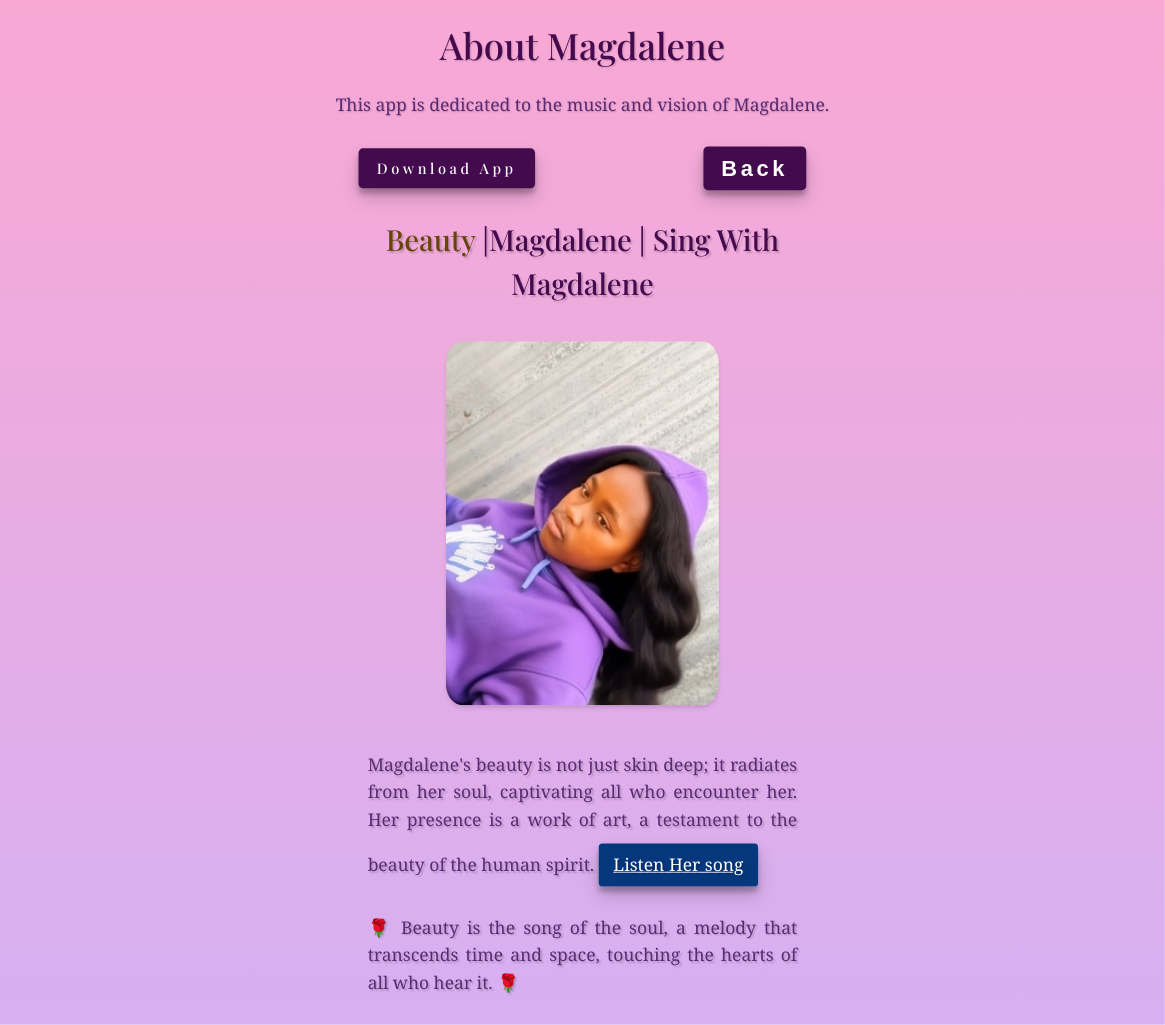
Repository: VladimirGagarin/Meg
Page: /#/about/aboutPerson/Beauty
These files come from the project's save history. The page is drawn as it stood at one moment and after the next save; the edit follows.
The browser window is 1280 px wide. The pictures show the whole page, at 91% of full size.
The project was rebuilt for these pictures with package versions that can differ from the ones it lists, and the page was loaded fresh each time. Also part of the build but not shown: vite.config.js, src/App.jsx, src/components/SongCard.css, src/components/SongCard.jsx, src/pages/HomeScreen.css, src/pages/HomeScreen.jsx, src/components/Controls.jsx, src/pages/SongScreen.css and 7 more. Imported but missing from the stored project, and not drawn on this page: src/assets/audios/Ember2.mp3, src/assets/audios/Empress.mp3, src/assets/audios/Fiesta.mp3, src/assets/audios/Fight_song.mp3, src/assets/audios/Furaha_Yangu.mp3, src/assets/audios/IamMagdalene.mp3, src/assets/audios/The beginning.mp3, src/assets/audios/anthem.mp3 and 35 more.

Above is the page before, as saved 2025-07-23 16:10:20.

After the next save:
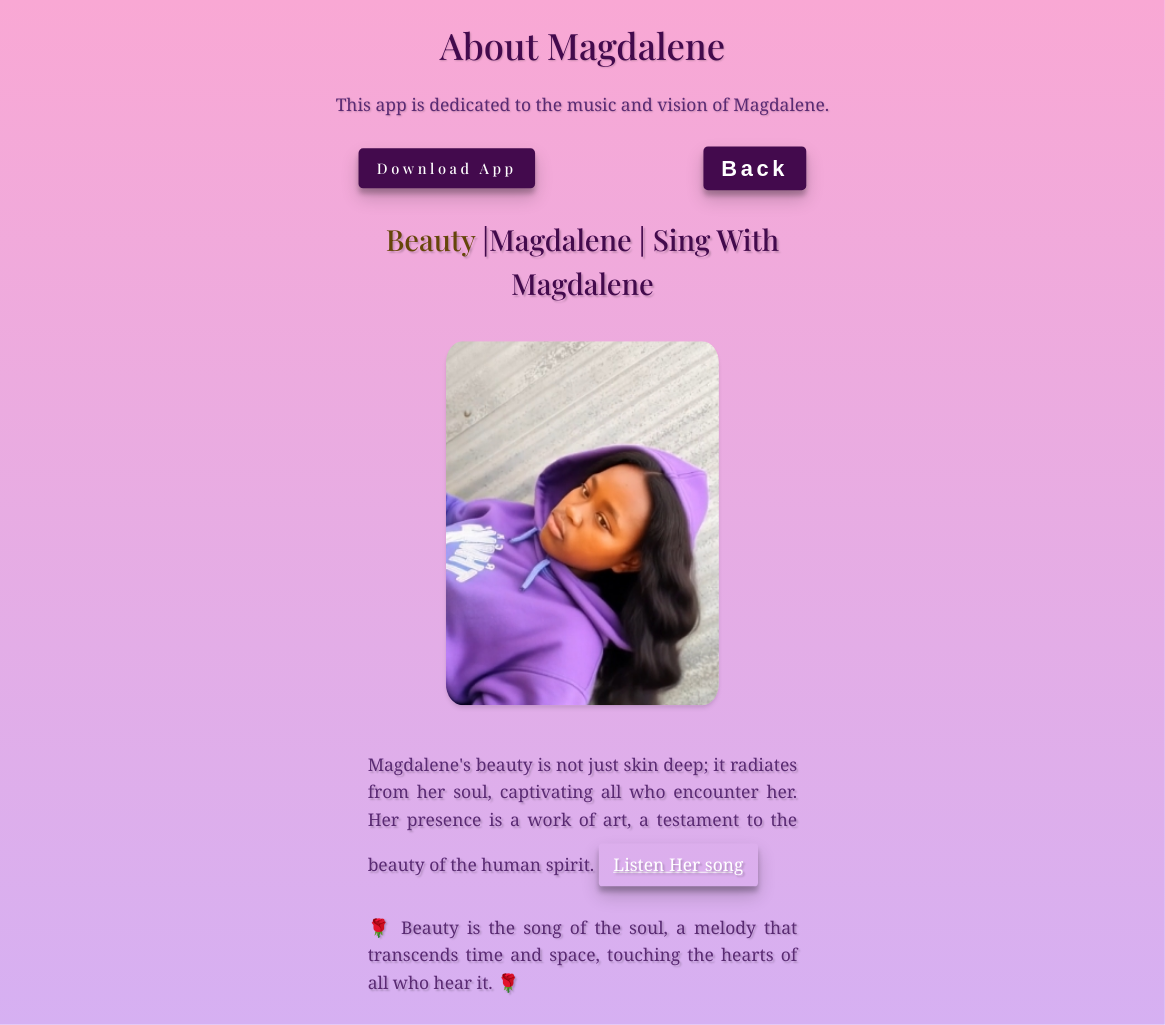
Saved 58 s later.
--- a/src/pages/About.css
+++ b/src/pages/About.css
@@ -195,7 +195,7 @@
     gap: 8px;
     padding: 8px 16px;
     border-radius: 4px;
-    background-color: #05377d;
+    color: #05377d;
     color: #fff;
     text-decoration: underline;
     font-weight: 500;
